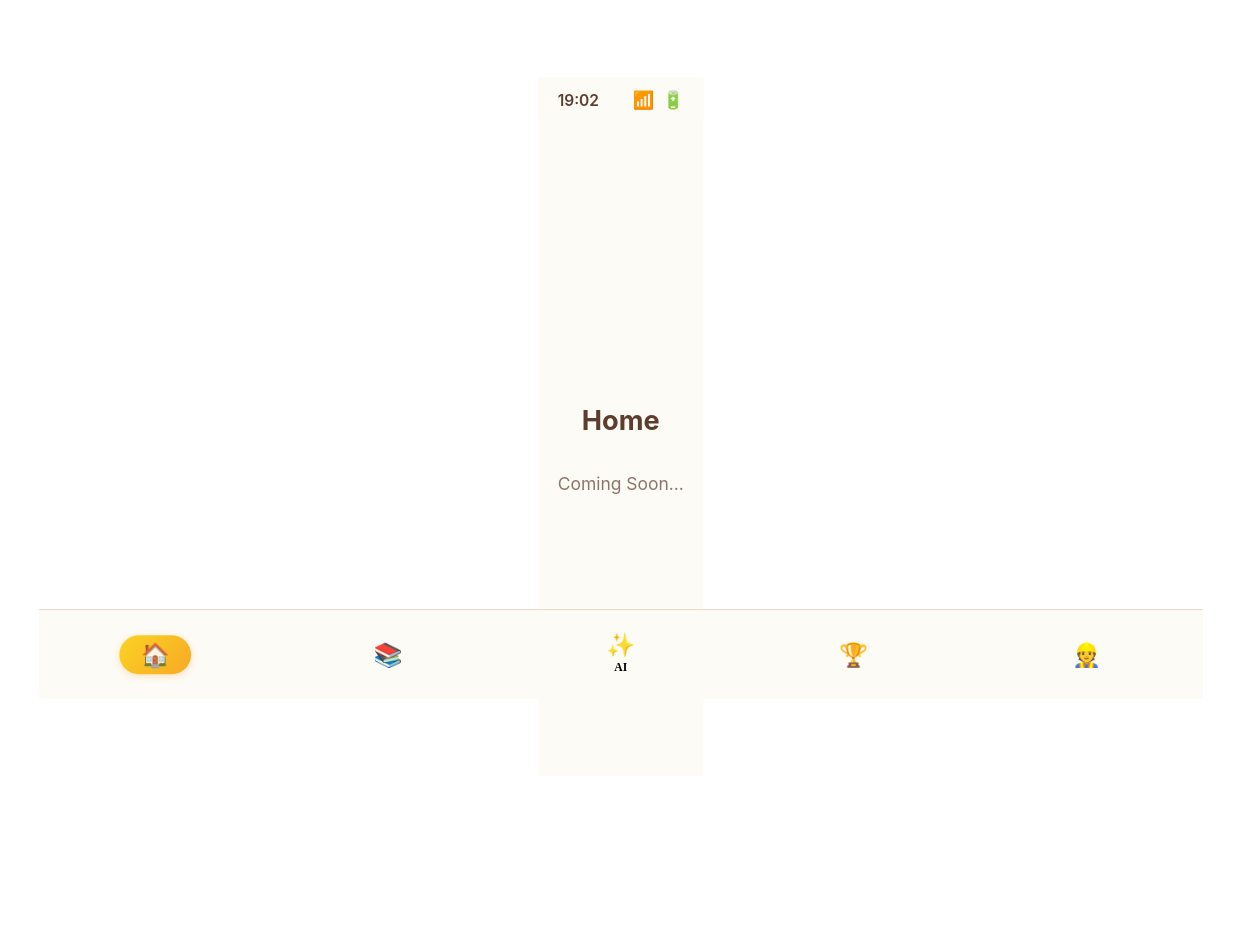
Repository: richelletiongson/Jargon_FrontendShowcase
Page: /home (app in jargon_frontend/)
The author's editor kept a copy of each file at every save. The page is drawn from the files as they stood at one save, then again after the next save.
The browser window is 1280 px wide. The pictures show the whole page, at 97% of full size.
The project was rebuilt for these pictures with package versions that can differ from the ones it lists, and the page was loaded fresh each time. Also part of the build but not shown: jargon_frontend/vite.config.js, jargon_frontend/src/index.css, jargon_frontend/src/course_pages/Course.jsx, jargon_frontend/src/ai_pages/AI.jsx, jargon_frontend/src/charts_pages/Charts.jsx, jargon_frontend/src/profile_pages/Profile.jsx.

Above is the page before, as saved 2025-10-22 14:05:21.

After the next save:
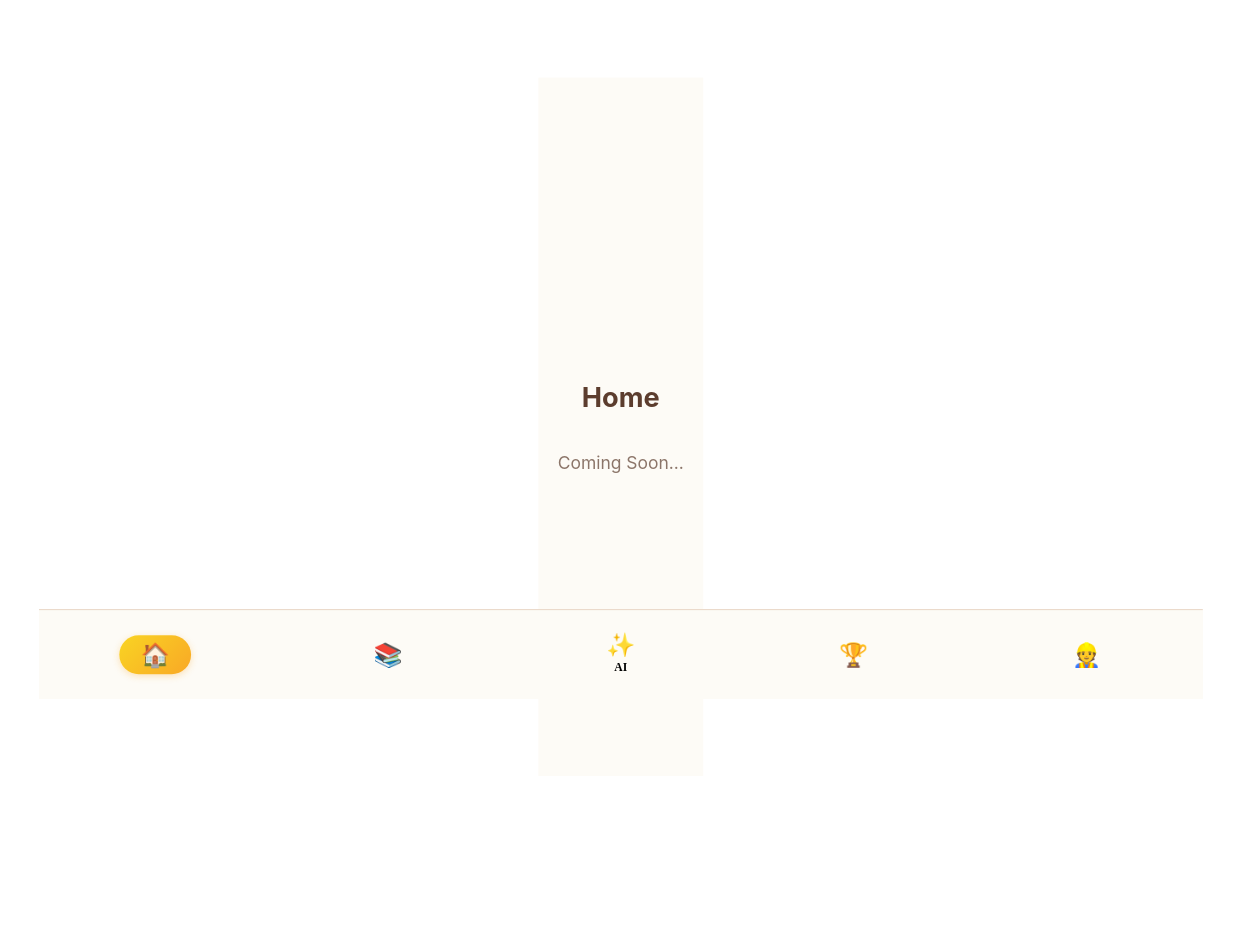
Saved 105 s later.
--- a/jargon_frontend/src/home_pages/Home.jsx
+++ b/jargon_frontend/src/home_pages/Home.jsx
@@ -4,14 +4,6 @@ import './Home.css';
 const Home = () => {
   return (
     <div className="home-page">
-      <div className="status-bar">
-        <div className="time">19:02</div>
-        <div className="status-icons">
-          <div className="wifi-icon">📶</div>
-          <div className="battery-icon">🔋</div>
-        </div>
-      </div>
-
       <div className="main-content">
         <h1 className="page-title">Home</h1>
         <p className="coming-soon">Coming Soon...</p>
